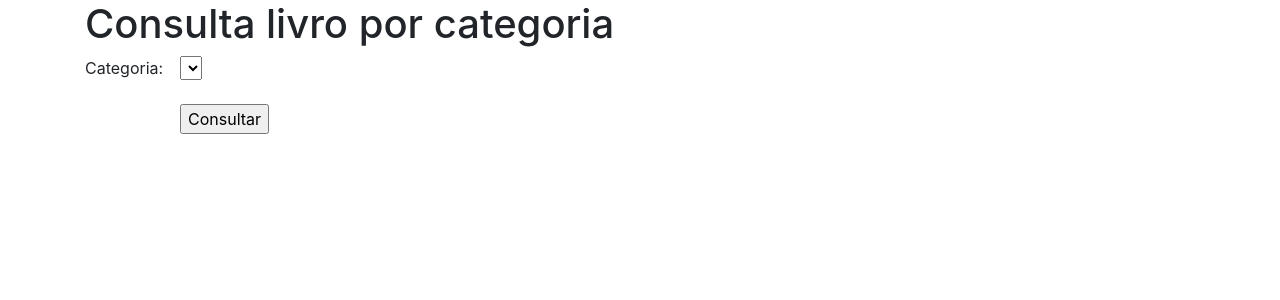
Repository: SrtaVerdant/projeto-livraria
Page: http://localhost/ProjetoLivraria/listaLivroPorCategoria.jsp
An editor plug-in stored every save of this project. The page is shown before and after the next save, followed by the edit.
The browser window is 1280 px wide. The pictures show the whole page.
Some web libraries are served in a nearby version. The page is served by Tomcat 9. Other server files are loaded and not shown. Queries for data that is not in the repository find no rows.

Above is the page before, as saved 2022-10-29 20:27:27.

### ProjetoLivraria/src/main/webapp/listaLivroPorCategoria.jsp
<%@page import="com.livraria.dao.CategoriaDao"%>
<%@page import="com.livraria.bean.Categoria"%>
<%@page import="java.util.List"%>
<%@ page language="java" contentType="text/html; charset=ISO-8859-1"
    pageEncoding="UTF-8"%>
<!DOCTYPE html>
<html>
	<head>
		<meta charset="UTF-8">
		<title>Editar livro</title>
		<link rel="stylesheet" href="https://cdn.jsdelivr.net/npm/bootstrap@4.0.0/dist/css/bootstrap.min.css" integrity="sha384-Gn5384xqQ1aoWXA+058RXPxPg6fy4IWvTNh0E263XmFcJlSAwiGgFAW/dAiS6JXm" crossorigin="anonymous">
		<script src="https://code.jquery.com/jquery-3.2.1.slim.min.js" integrity="sha384-KJ3o2DKtIkvYIK3UENzmM7KCkRr/rE9/Qpg6aAZGJwFDMVNA/GpGFF93hXpG5KkN" crossorigin="anonymous"></script>
		<script src="https://cdn.jsdelivr.net/npm/popper.js@1.12.9/dist/umd/popper.min.js" integrity="sha384-ApNbgh9B+Y1QKtv3Rn7W3mgPxhU9K/ScQsAP7hUibX39j7fakFPskvXusvfa0b4Q" crossorigin="anonymous"></script>
		<script src="https://cdn.jsdelivr.net/npm/bootstrap@4.0.0/dist/js/bootstrap.min.js" integrity="sha384-JZR6Spejh4U02d8jOt6vLEHfe/JQGiRRSQQxSfFWpi1MquVdAyjUar5+76PVCmYl" crossorigin="anonymous"></script>
	</head>
	<body>

		<%@page import="com.livraria.bean.*, com.livraria.dao.*" %>
		<%@ taglib uri="http://java.sun.com/jsp/jstl/core" prefix="c" %>

		<%

			List<Categoria> listcategoria = CategoriaDao.listarCategoria();
			request.setAttribute("listcategoria", listcategoria);

		%>

		<div class="container">
			<h1>Consulta livro por categoria</h1>

			<form action="editar" method="POST">
				<div class="row mb-3">
					<div class="col-1">
						<label>Categoria:</label>
					</div>
					<div class="col-11">
						<select name="categoria">
							<c:forEach items="${listcategoria}" var="categoria">
								<option>${categoria.getNome()}</option>
							</c:forEach>
						</select>
					</div>
				</div>
				<div class="row mb-3">
					<div class="col-1">

					</div>
					<div class="col-11">
						<input type="submit" name="btn" value="Consultar"/>
					</div>
				</div>

			</form>
		</div>


	</body>

</html>

### ProjetoLivraria/src/main/java/com/livraria/dao/CategoriaDao.java
package com.livraria.dao;

import java.sql.Connection;
import java.sql.DriverManager;
import java.sql.PreparedStatement;
import java.sql.ResultSet;
import java.util.ArrayList;
import java.util.List;

import com.livraria.bean.Categoria;
import com.livraria.bean.Livro;

public class CategoriaDao {

	public static Connection getConnection() {
		Connection connection = null;

		try {
			Class.forName("com.mysql.cj.jdbc.Driver");
			connection = DriverManager.getConnection("jdbc:mysql://localhost/bdlivraria", "root", "root");
		}catch (Exception e) {
			System.out.println(e);
		}
		return connection;
	}

	public static List<Categoria> listarCategoria() {
		List<Categoria> listcategoria = new ArrayList<Categoria>();

		try {
			Connection connection = getConnection();
			PreparedStatement ps = connection.prepareStatement("SELECT * FROM tbcategorias");
			ResultSet rs = ps.executeQuery();

			while(rs.next()) {
				Categoria categoria = new Categoria();
				categoria.setNome(rs.getString("categoria"));
				listcategoria.add(categoria);
			}
		}catch (Exception e) {
			System.out.println(e);
		}

		return listcategoria;
	}

}

After the next save:
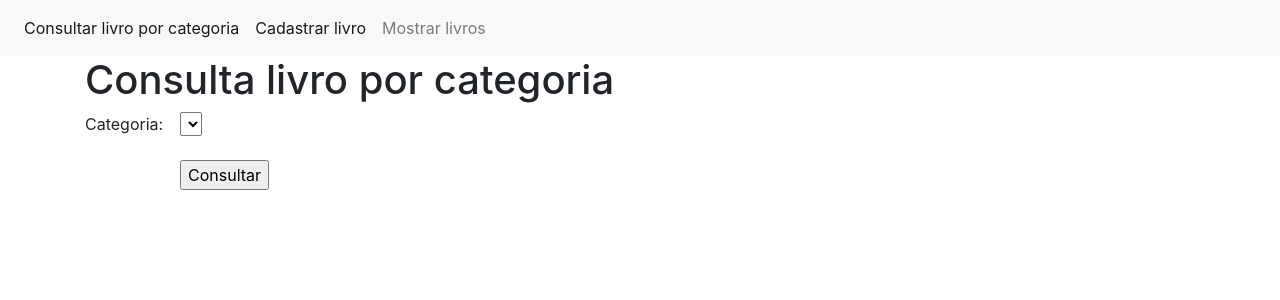
Saved 61 s later.
--- a/ProjetoLivraria/src/main/webapp/listaLivroPorCategoria.jsp
+++ b/ProjetoLivraria/src/main/webapp/listaLivroPorCategoria.jsp
@@ -24,6 +24,22 @@
 			request.setAttribute("listcategoria", listcategoria);
 
 		%>
+
+		<nav class="navbar navbar-expand-lg navbar-light bg-light">
+	  <div class="collapse navbar-collapse" id="navbarNav">
+	    <ul class="navbar-nav">
+	   		<li class="nav-item active">
+	        <a class="nav-link" href="consultaPorCategoria.jsp">Consultar livro por categoria <span class="sr-only">(current)</span></a>
+	      </li>
+	      <li class="nav-item active">
+	        <a class="nav-link" href="#">Cadastrar livro <span class="sr-only">(current)</span></a>
+	      </li>
+	      <li class="nav-item">
+	        <a class="nav-link" href="#">Mostrar livros</a>
+	      </li>
+	    </ul>
+	  </div>
+	</nav>
 
 		<div class="container">
 			<h1>Consulta livro por categoria</h1>
